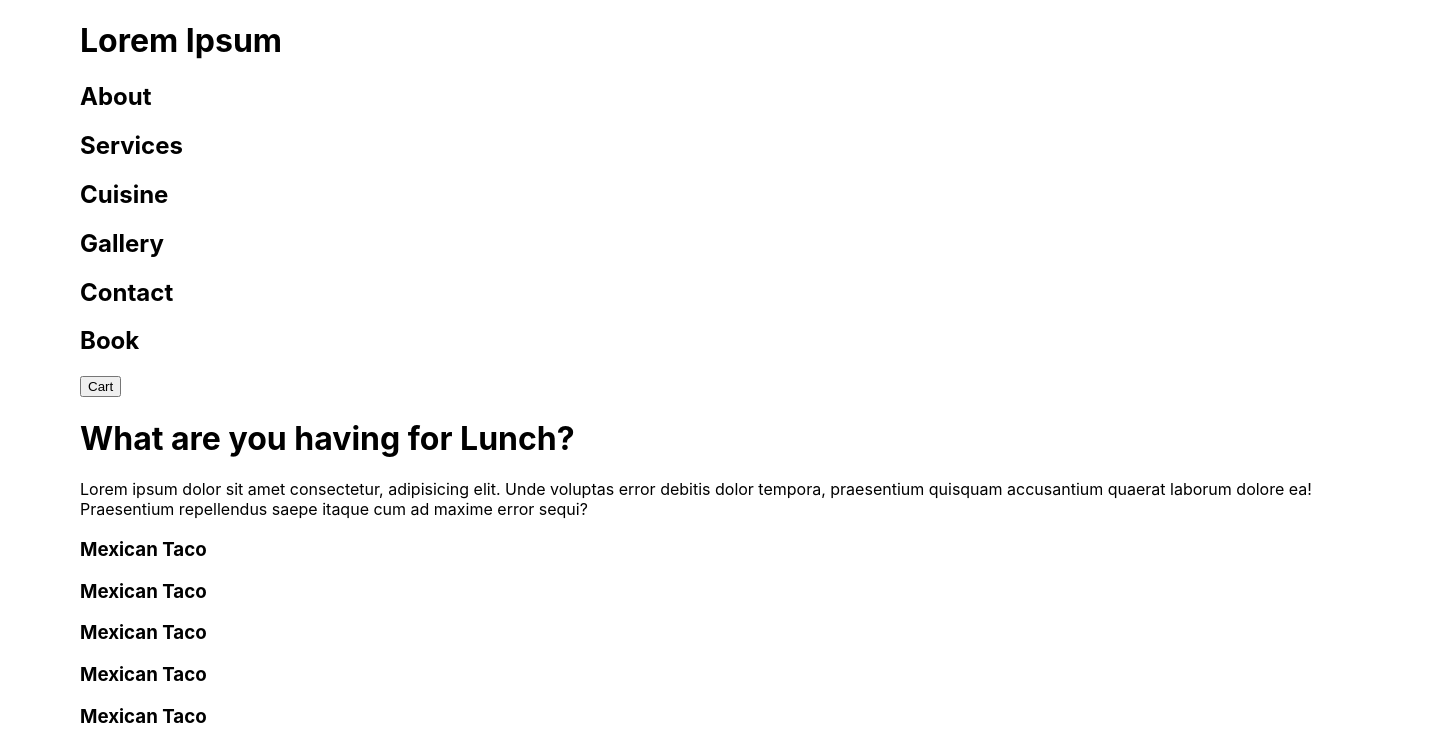
Repository: Marlstergo/assignment2
Page: /
An editor plug-in stored every save of this project. The page is shown before and after the next save, followed by the edit.
The browser window is 1280 px wide. The page is 1440 px wide, so the pictures cover 1440 px, including what lies to the right of the window. The pictures show the whole page.
The project was rebuilt for these pictures with package versions that can differ from the ones it lists, and the page was loaded fresh each time.

Above is the page before, as saved 2021-07-27 01:19:13.

After the next save:
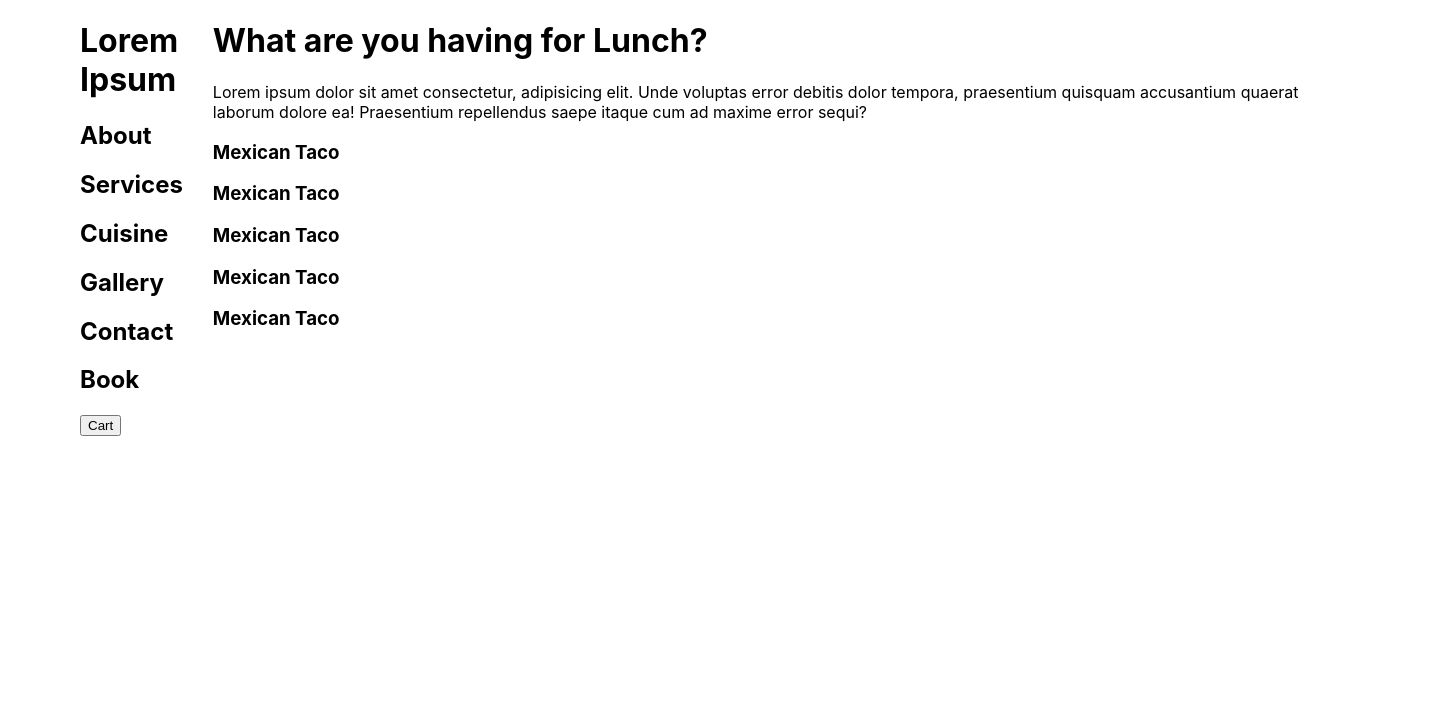
Saved 8 s later.
--- a/src/App.js
+++ b/src/App.js
@@ -4,85 +4,77 @@ import "./App.css";
 function App() {
   return (
     <div className="container">
-      <div className="sidebar">
-        <h1>Lorem Ipsum</h1>
-        <div className="">
+      <div className="full">
+        <div className="sidebar">
+          <h1>Lorem Ipsum</h1>
           <div className="">
-            <h2 className="">About</h2>
-          </div>
-          <div className="">
-            <h2 className="">Services</h2>
-          </div>
-          <div className="">
-            <h2 className="">Cuisine</h2>
-          </div>
-          <div className="">
-            <h2 className="">Gallery</h2>
-          </div>
-          <div className="">
-            <h2 className="">Contact</h2>
-          </div>
-          <div className="">
-            <h2 className="">Book</h2>
-          </div>
-          <div className="">
-            <button className="">Cart</button>
-          </div>
-        </div>
-      </div>
-      <div className="">
-        <div className="">
-          <div className="">
-            <h1 className="">What are you having for Lunch?</h1>
-          </div>
-          <div className="">
-            <p className="">
-              Lorem ipsum dolor sit amet consectetur, adipisicing elit. Unde
-              voluptas error debitis dolor tempora, praesentium quisquam
-              accusantium quaerat laborum dolore ea! Praesentium repellendus
-              saepe itaque cum ad maxime error sequi?
-            </p>
+            <div className="">
+              <h2 className="">About</h2>
+            </div>
+            <div className="">
+              <h2 className="">Services</h2>
+            </div>
+            <div className="">
+              <h2 className="">Cuisine</h2>
+            </div>
+            <div className="">
+              <h2 className="">Gallery</h2>
+            </div>
+            <div className="">
+              <h2 className="">Contact</h2>
+            </div>
+            <div className="">
+              <h2 className="">Book</h2>
+            </div>
+            <div className="">
+              <button className="">Cart</button>
+            </div>
           </div>
         </div>
         <div className="">
           <div className="">
             <div className="">
-              {/* image */}
+              <h1 className="">What are you having for Lunch?</h1>
             </div>
             <div className="">
-              <h3 className="">Mexican Taco</h3>
+              <p className="">
+                Lorem ipsum dolor sit amet consectetur, adipisicing elit. Unde
+                voluptas error debitis dolor tempora, praesentium quisquam
+                accusantium quaerat laborum dolore ea! Praesentium repellendus
+                saepe itaque cum ad maxime error sequi?
+              </p>
             </div>
           </div>
           <div className="">
             <div className="">
-              {/* image */}
+              <div className="">{/* image */}</div>
+              <div className="">
+                <h3 className="">Mexican Taco</h3>
+              </div>
             </div>
             <div className="">
-              <h3 className="">Mexican Taco</h3>
-            </div>
-          </div>
-          <div className="">
-            <div className="">
-              {/* image */}
+              <div className="">{/* image */}</div>
+              <div className="">
+                <h3 className="">Mexican Taco</h3>
+              </div>
             </div>
             <div className="">
-              <h3 className="">Mexican Taco</h3>
-            </div>
-          </div>
-          <div className="">
-            <div className="">
-              {/* image */}
+              <div className="">{/* image */}</div>
+              <div className="">
+                <h3 className="">Mexican Taco</h3>
+              </div>
             </div>
             <div className="">
-              <h3 className="">Mexican Taco</h3>
-            </div>
-          </div>
-          <div className="">
-            <div className="">
-              {/* image */}
+              <div className="">{/* image */}</div>
+              <div className="">
+                <h3 className="">Mexican Taco</h3>
+              </div>
             </div>
             <div className="">
-              <h3 className="">Mexican Taco</h3>
+              <div className="">{/* image */}</div>
+              <div className="">
+                <h3 className="">Mexican Taco</h3>
+              </div>
             </div>
           </div>
         </div>

After the save that followed:
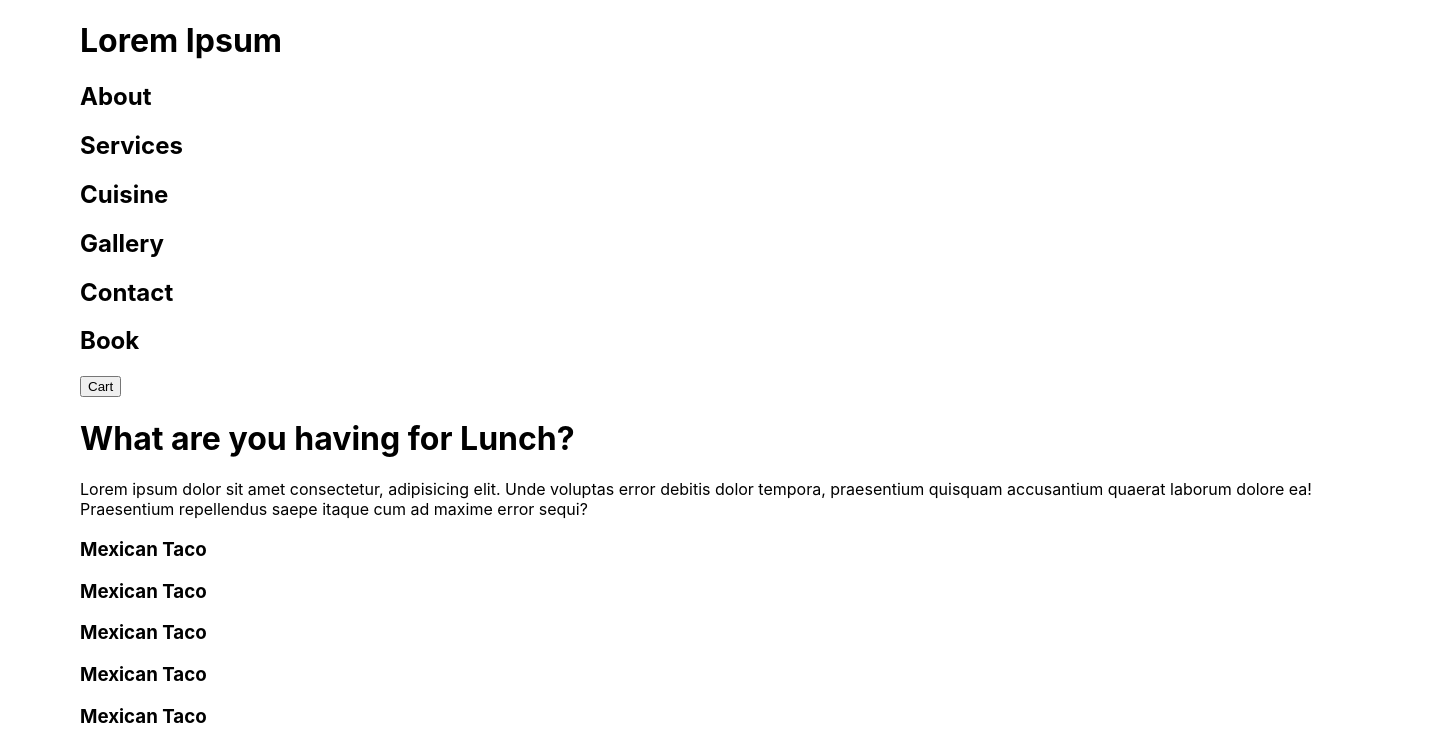
Saved 39 s later.
--- a/src/App.css
+++ b/src/App.css
@@ -40,5 +40,6 @@
 }
 
 .full{
-  display: flex;
+  display: grid;
+  grid-template-columns: 2;
 }
